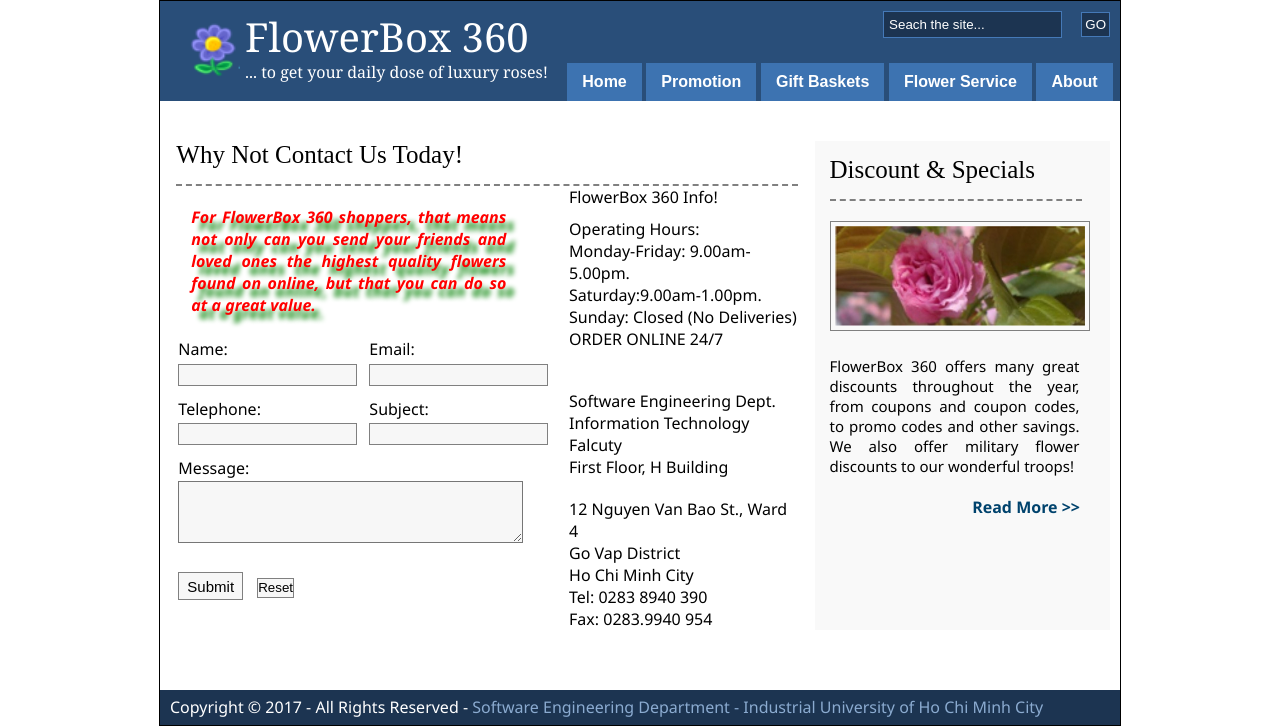
Repository: thu1365/BTKT_WEB
Page: HTML/btkt.html
The author's editor kept a copy of each file at every save. The page is drawn from the files as they stood at one save, then again after the next save.
The browser window is 1280 px wide. The pictures show the whole page.

Above is the page before, as saved 2023-03-11 21:07:37.

### HTML/btkt.html
<!DOCTYPE html>
<html lang="en">

<head>
    <meta charset="UTF-8">
    <meta http-equiv="X-UA-Compatible" content="IE=edge">
    <meta name="viewport" content="width=device-width, initial-scale=1.0">
    <title>21025781-Lê Minh Thư</title>
    <style>
        * {
            padding: 0;
            margin: 0 auto;
        }

        .wrapper {
            width: 960px;
            background-color: #fff;
            border: 1px solid black;
        }

        header {
            position: relative;
            width: 960px;
            height: 100px;
            background-color: #294e79;
            font-family: Georgia, 'Times New Roman', Times, serif;
        }

        .logo {
            position: relative;
            left: 20px;
            top: 10px;
            width: 60px;
            height: 80px;
        }

        .name1 {
            font-size: 40px;
            color: #fff;
            position: absolute;
            left: 85px;
            top: 8px;
        }

        .name2 {
            color: #fff;
            position: absolute;
            left: 85px;
            top: 60px;
        }

        #search1 {
            background-color: #1c3451;
            border: 1px solid #4579b7;
            color: #fff;
            margin-right: 15px;
            height: 25px;
        }

        #search1::placeholder {
            padding-left: 5px;
            color: #fff;
        }

        #search2 {
            background-color: #1c3451;
            border: 1px solid #4579b7;
            color: #fff;
            height: 25px;
            padding: 0 3px;
        }

        .search_form {
            position: absolute;
            top: 10px;
            right: 10px;
        }

        .nav {
            display: flex;
            width: 550px;
            position: absolute;
            bottom: 0px;
            right: 5px;
            font-family: Arial, Helvetica, sans-serif;
        }

        .nav_item {
            position: relative;
            padding: 10px 15px;
            background-color: #3d73b1;
        }

        .nav_item:hover {
            background-color: #8babd0;
        }

        .nav_item a {
            color: white;
            font-weight: bold;
            text-decoration: none;
        }

        .nav1 {
            display: none;
            position: absolute;
            top: 39px;
            left: 0px;
            width: 180px;
            height: 60px;
            background-color: #8babd0;
        }

        .nav2 {
            box-sizing: border-box;
            padding-left: 15px;
            line-height: 30px;
            height: 50%;
            border: 1px solid rgb(158, 196, 240);
            color: white;
        }

        .nav_item:hover .nav1 {
            display: block;
            background-color: #9bbbe0;
        }

        .nav2:hover {
            background-color: #edf6ff;
            cursor: pointer;
        }

        .container {
            font-family: 'Segoe UI', Tahoma, Geneva, Verdana, sans-serif;
            padding-bottom: 60px;
            width: 100%;
            display: flex;
        }

        .Left {
            display: flex;
            width: 70%;
            justify-content: space-between;
            flex-wrap: wrap;
        }

        .p1 {
            width: 55%;
        }

        .p2 {
            width: 35%;
        }

        .p3 {
            background-color: #f9f9f9;
            width: 30%;
            padding-left: 15px;
            margin-top: 40px;
            margin-right: 10px;
        }

        .Left1 {
            font-family: 'Times New Roman', Times, serif;
            width: 95%;
            padding: 40px 0px 15px 0px;
            font-size: 25px;
            font-weight: 400;
            border-bottom: 2px dashed gray;
        }

        .p1_1 {
            padding: 20px 30px 20px 15px;
            text-align: justify;
            color: red;
            font-style: italic;
            font-family: 'Segoe UI', Tahoma, Geneva, Verdana, sans-serif;
            text-shadow: 8px 8px 5px green;
            font-weight: 450;
        }

        table input {
            height: 20px;
            margin-right: 10px;
            margin-bottom: 10px;
            background-color: #f7f7f7;
            border: 1px solid gray;
        }

        table textarea {
            background-color: #f7f7f7;
        }

        .p1_sub {
            box-sizing: border-box;
            margin-top: 20px;
            height: 28px;
            font-size: 15px;
            padding: 0 8px;
            line-height: 28px;
            border: 1px solid gray;
        }

        .p2_1 {
            font-family: 'Times New Roman', Times, serif;
            padding: 15px 0px 15px;
            width: 100%;
            font-size: 25px;
            font-weight: 400;
            border-bottom: 2px dashed gray;
        }

        .p2_2 {
            font-family: 'Segoe UI', Tahoma, Geneva, Verdana, sans-serif;
            padding: 10px 0 40px 0;
        }

        .p2_3 {
            font-family: 'Segoe UI', Tahoma, Geneva, Verdana, sans-serif;
        }

        .p2_4 {
            font-family: 'Segoe UI', Tahoma, Geneva, Verdana, sans-serif;
            padding-top: 20px;
        }

        .p3_1 {
            font-family: 'Times New Roman', Times, serif;
            padding: 15px 0px 15px;
            width: 90%;
            margin-right: 30px;
            font-size: 25px;
            font-weight: 400;
            border-bottom: 2px dashed gray;
        }

        .p3_anh {
            width: 250px;
            height: 100px;
            padding: 4px;
            margin: 20px 0;
            border: 1px solid gray;
        }

        .p3_2 {
            width: 250px;
            margin-right: 30px;
            float: left;
            text-align: justify;
            font-family: 'Segoe UI', Tahoma, Geneva, Verdana, sans-serif;
            font-size: 15px;
            display: block;
        }

        .p3_3 {
            color: #00436d;
            font-weight: bold;
            margin-right: 30px;
            float: right;
            padding-top: 20px;
            text-decoration: none;
        }

        footer {
            background-color: #1c3451;
            height: 35px;
        }

        #footer_1 {
            font-family: 'Segoe UI', Tahoma, Geneva, Verdana, sans-serif;
            padding-left: 10px;
            color: #8babd0;
            line-height: 35px;
        }

        #footer_1 .white {
            color: #fff;
        }
    </style>
</head>

<body>
    <div class="wrapper">
        <header>
            <img src="/IMAGE/AnhLogo.PNG" alt="" class="logo">
            <p class="name1">FlowerBox 360</p>
            <p class="name2">... to get your daily dose of luxury roses!</p>
            <form action="" class="search_form">
                <input type="text" name="" id="search1" placeholder="Seach the site...">
                <input id="search2" type="button" value="GO">
            </form>
            <div class="nav">
                <div class="nav_item"><a href="">Home</a></div>
                <div class="nav_item"><a href="">Promotion</a></div>
                <div class="nav_item"><a href="">Gift Baskets</a></div>
                <div class="nav_item"><a href="">Flower Service</a>
                    <div class="nav1">
                        <div class="nav2"><b>Flower for Wedding</b></div>
                        <div class="nav2"><b>Flower for Conference</b></div>

                    </div>
                </div>
                <div class="nav_item"><a href="">About</a></div>
            </div>
        </header>
        <div class="container">
            <div class="Left">
                <p class="Left1">Why Not Contact Us Today!</p>
                <div class="p1">
                    <p class="p1_1"><b>For FlowerBox 360 shoppers, that means not only can you send your friends and loved ones the highest quality flowers found on online, but that you can do so at a great value.</b></p>
                    <form action="" class="c1_form">
                        <table>
                            <tr>
                                <td><label for="name_ip">Name:</label></td>
                                <td><label for="mail_ip">Email:</label></td>
                            </tr>
                            <tr>
                                <td><input type="text" name="" id="name_ip"></td>
                                <td><input type="email" name="" id="mail_ip"></td>
                            </tr>
                            <tr>
                                <td><label for="tel_ip">Telephone:</label></td>
                                <td><label for="sub_ip">Subject:</label></td>
                            </tr>
                            <tr>
                                <td><input type="tel" name="" id="tel_ip"></td>
                                <td><input type="text" name="" id="sub_ip"></td>
                            </tr>
                            <tr>
                                <td colspan="2"><label for="mess_ip">Message:</label></td>
                            </tr>
                            <tr>
                                <td colspan="2"> <textarea name="" id="mess_ip" cols="41" rows="4"></textarea></td>
                            </tr>
                            <tr>
                                <tr>
                                    <td><input class="p1_sub" type="button" value="Submit"> <input class="c1_btn" type="button" value="Reset"></td>
                                </tr>
                            </tr>
                        </table>

                    </form>
                </div>
                <div class="p2">
                    <p class="c2_1">FlowerBox 360 Info!</p>
                    <p class="p2_2">Operating Hours: <br> Monday-Friday: 9.00am-5.00pm.<br> Saturday:9.00am-1.00pm.
                        <br> Sunday: Closed (No Deliveries)<br> ORDER ONLINE 24/7
                    </p>
                    <p class="p2_3">
                        Software Engineering Dept. <br> Information Technology Falcuty<br> First Floor, H Building
                    </p>
                    <p class="p2_4">
                        12 Nguyen Van Bao St., Ward 4<br> Go Vap District<br> Ho Chi Minh City<br> Tel: 0283 8940 390<br> Fax: 0283.9940 954
                    </p>


                </div>
            </div>
            <div class="p3">
                <p class="p3_1">Discount & Specials</p>
                <img src="/IMAGE/Hoa.jpg" alt="" class="p3_anh">
                <p class="p3_2">FlowerBox 360 offers many great discounts throughout the year, from coupons and coupon codes, to promo codes and other savings. We also offer military flower discounts to our wonderful troops!</p>
                <a class="p3_3" href="">Read More >></a>
            </div>
        </div>
        <footer>
            <p id="footer_1"><span class="white">Copyright © 2017 - All Rights Reserved -</span> Software Engineering Department - Industrial University of Ho Chi Minh City</p>
        </footer>
    </div>
</body>

</html>

After the next save:
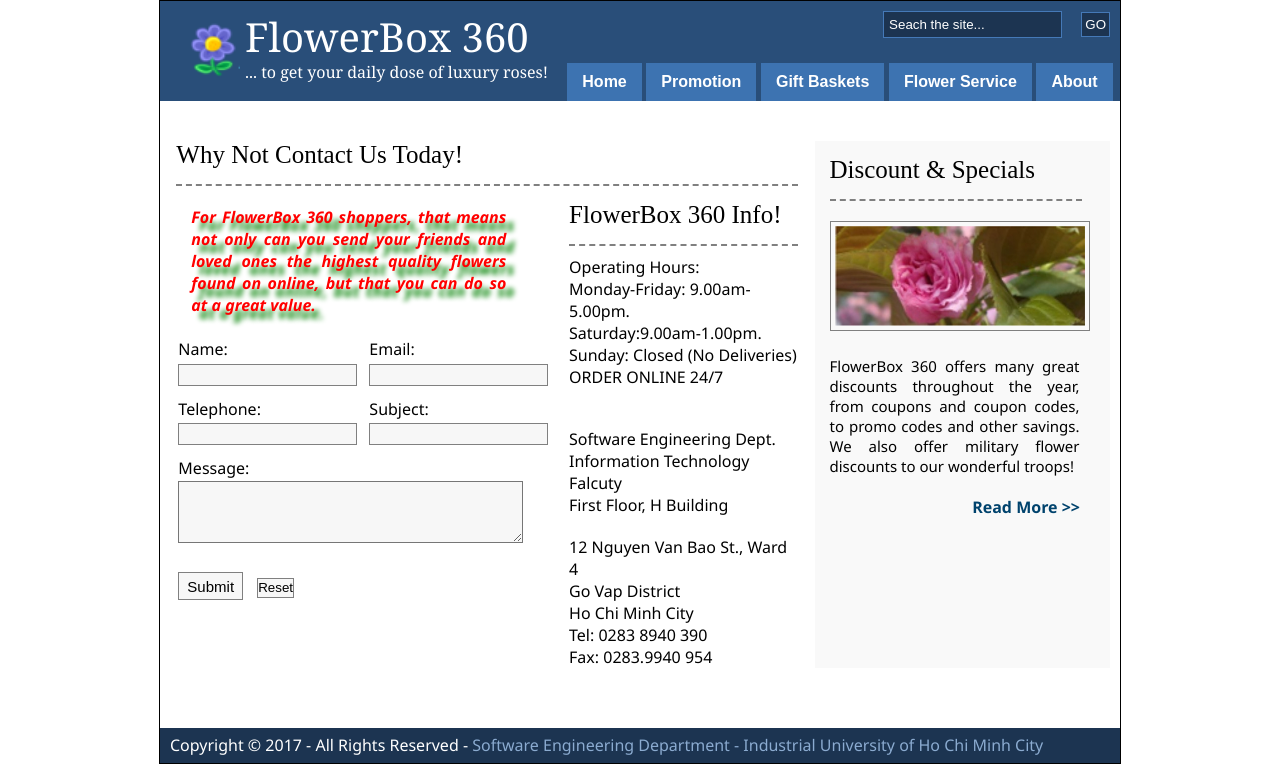
Saved 34 s later.
--- a/HTML/btkt.html
+++ b/HTML/btkt.html
@@ -342,7 +342,7 @@
                     </form>
                 </div>
                 <div class="p2">
-                    <p class="c2_1">FlowerBox 360 Info!</p>
+                    <p class="p2_1">FlowerBox 360 Info!</p>
                     <p class="p2_2">Operating Hours: <br> Monday-Friday: 9.00am-5.00pm.<br> Saturday:9.00am-1.00pm.
                         <br> Sunday: Closed (No Deliveries)<br> ORDER ONLINE 24/7
                     </p>
